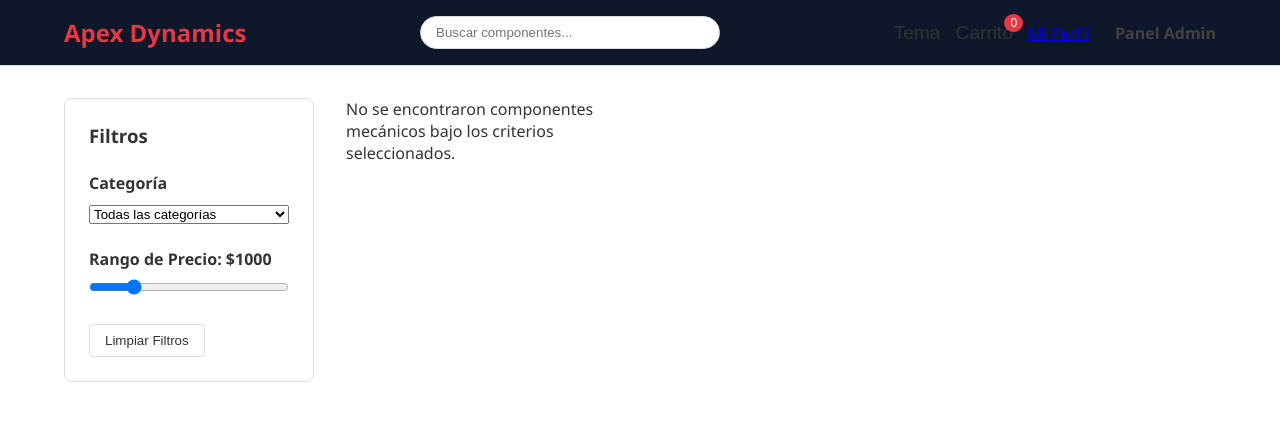
Repository: Niwrad774/Apex-Dynamics-Ecomerce
Page: html/cliente.html
An editor plug-in stored every save of this project. The page is shown before and after the next save, followed by the edit.
The browser window is 1280 px wide. The pictures show the whole page.
The page's requests for data from a server got no answer.

Above is the page before, as saved 2026-06-11 10:22:36.

After the next save:
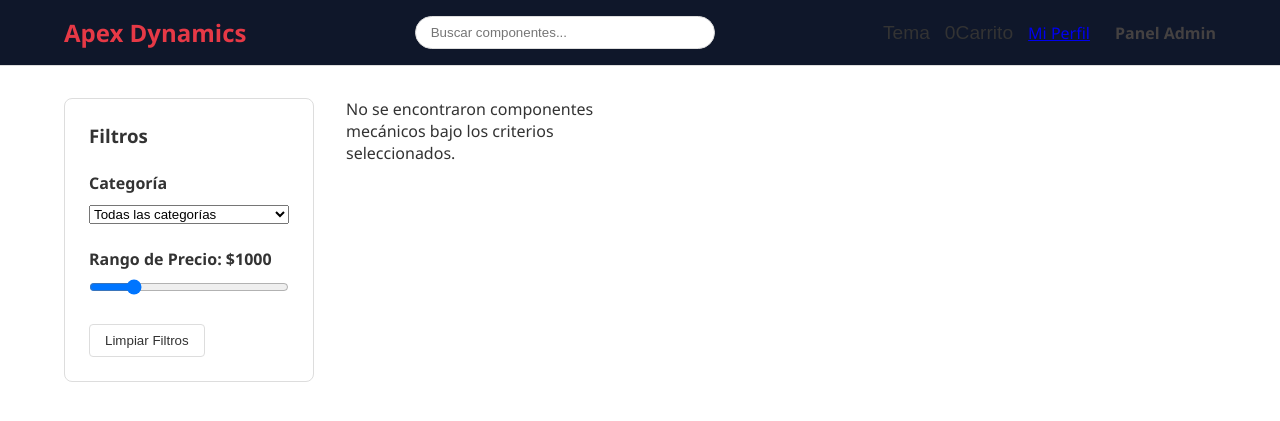
Saved 101 s later.
--- a/assets/css/cliente.css
+++ b/assets/css/cliente.css
@@ -71,6 +71,7 @@
     width: 300px;
 }
 .nav-actions { display: flex; gap: 15px; align-items: center; }
+.nav
 #cart-count {
     position: absolute;
     top: -8px; right: -10px;

After the 4 saves that followed:
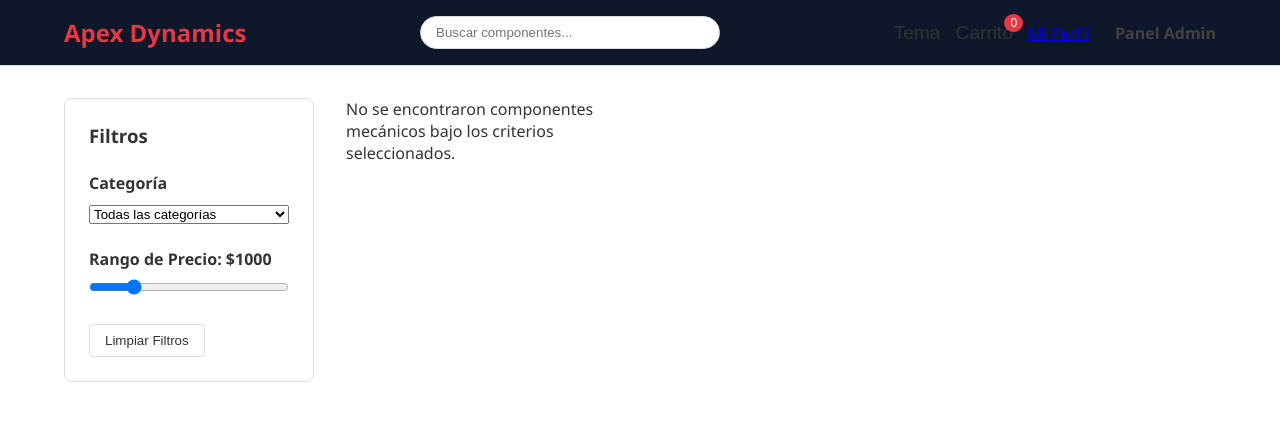
The 4 saves are shown as one change because they came seconds apart.
The last was saved 11 s later.
--- a/assets/css/cliente.css
+++ b/assets/css/cliente.css
@@ -71,7 +71,7 @@
     width: 300px;
 }
 .nav-actions { display: flex; gap: 15px; align-items: center; }
-.nav
+.nav-actions {background}
 #cart-count {
     position: absolute;
     top: -8px; right: -10px;
